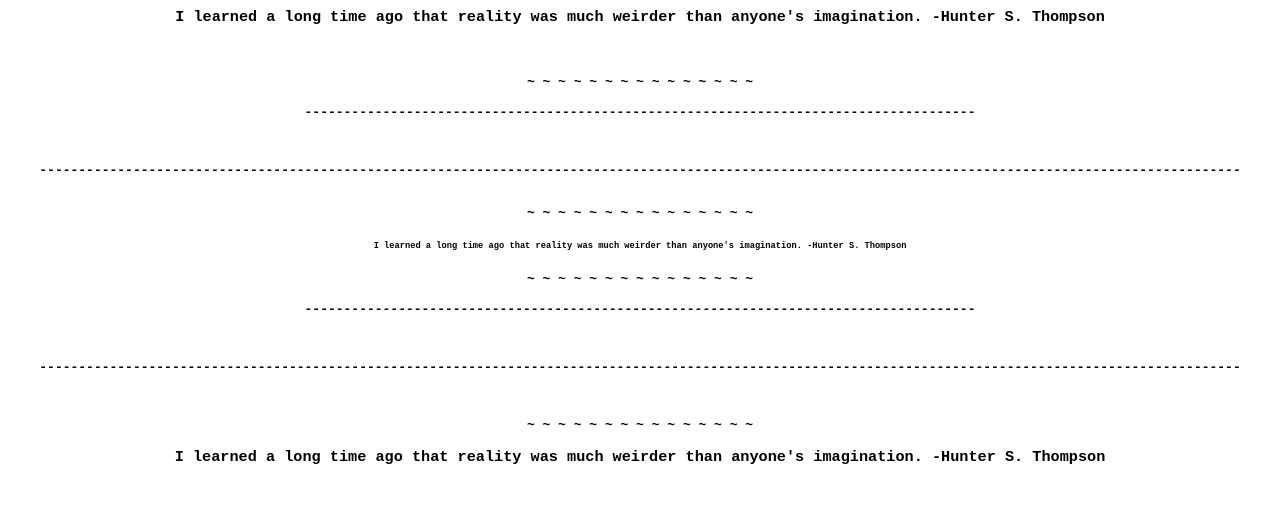
Repository: penas326/penas326.github.io
Page: composition/index.html
The author's editor kept a record of every edit. The page is drawn from the files as they stood at one moment, then again after the next edit.
The browser window is 1280 px wide. The pictures show the whole page.

Above is the page before.

After the next edit:
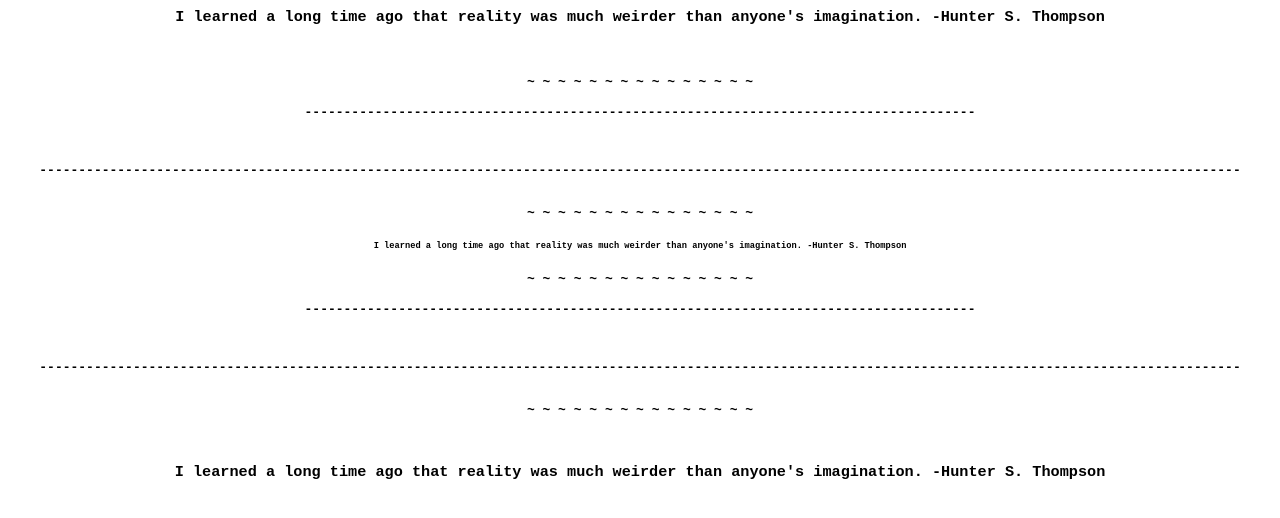
The edit:
--- a/composition/index.html
+++ b/composition/index.html
@@ -25,11 +25,12 @@
         <br>
         <h3 align="center"></h3><code>----------------------------------------------------------------------------------------------------------------------------------------------------------</p>
         <br>
-        <br>
         <strong>~ ~ ~ ~ ~ ~ ~ ~ ~ ~ ~ ~ ~ ~ ~</strong>
         </center>
          </head>
-          <strong><h3 align="center"><code>I learned a long time ago that reality was much weirder than anyone's imagination. -Hunter S. Thompson</h3>
+        <br>
+        <br>
+        <strong><h3 align="center"><code>I learned a long time ago that reality was much weirder than anyone's imagination. -Hunter S. Thompson</h3>
     </body>
 
 </html>
